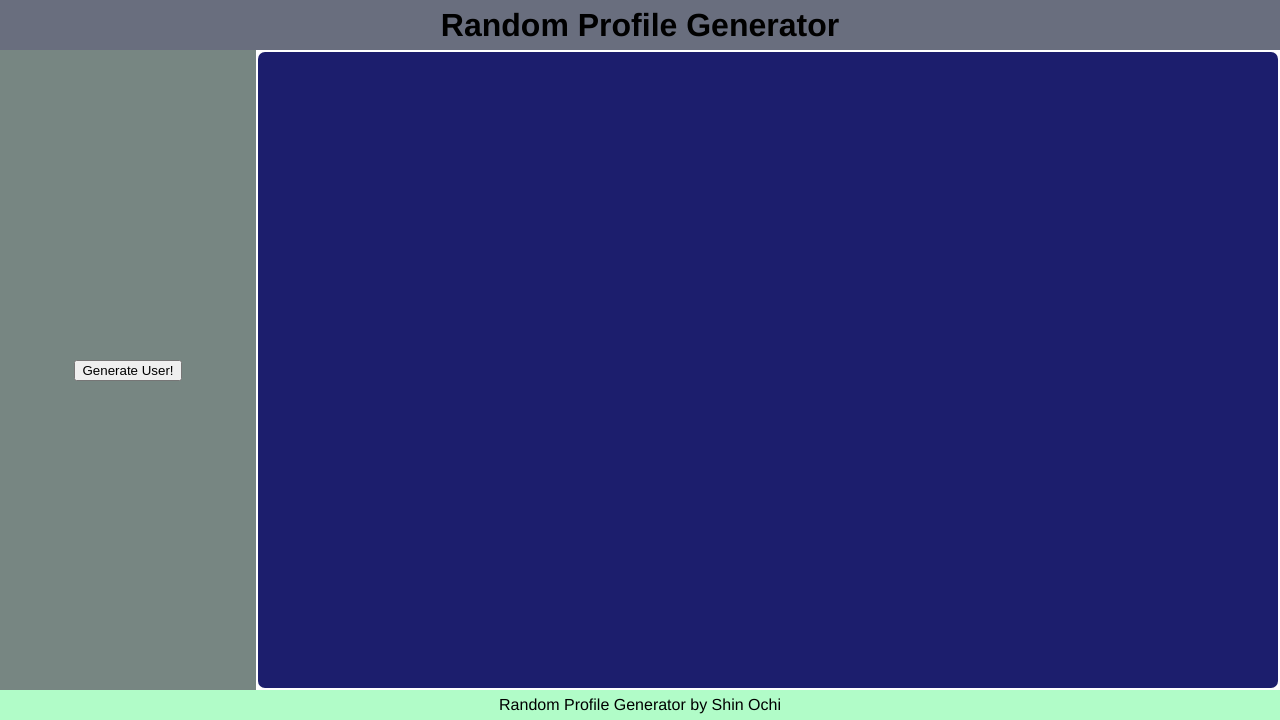
Repository: swaroopu-kr/Web-Application
Page: index.html
These files come from the project's save history. The page is drawn as it stood at one moment and after the next save; the edit follows.
The browser window is 1280 px wide. The pictures show the whole page.

Above is the page before, as saved 2021-11-01 16:45:03.

After the next save:
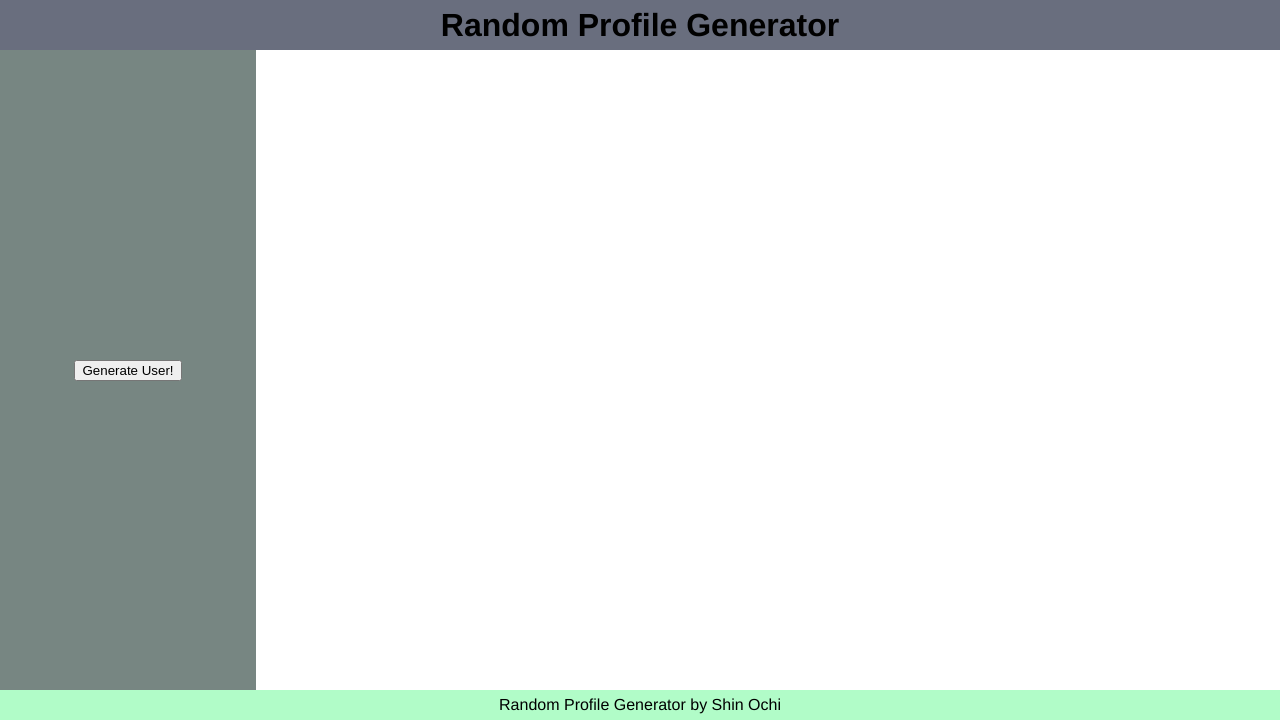
Saved 15 s later.
--- a/style.css
+++ b/style.css
@@ -75,7 +75,6 @@
       text-shadow: 2px 3px 5px #000000;
       /* rem stands for root element metric - by default it's equal to 16 */
       grid-area: content;
-        background-color: #1c1e6d;
         color: white;
         justify-content: center;
         align-items: left;
